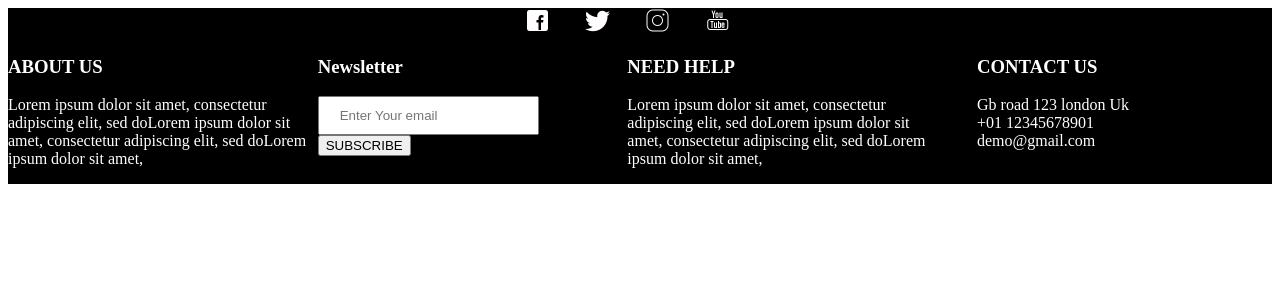
Repository: AVINKUMARP/gifts
Page: demo3.html
These files come from the project's save history. The page is drawn as it stood at one moment and after the next save; the edit follows.
The browser window is 1280 px wide. The pictures show the whole page.

Above is the page before, as saved 2023-08-24 15:34:40.

After the next save:
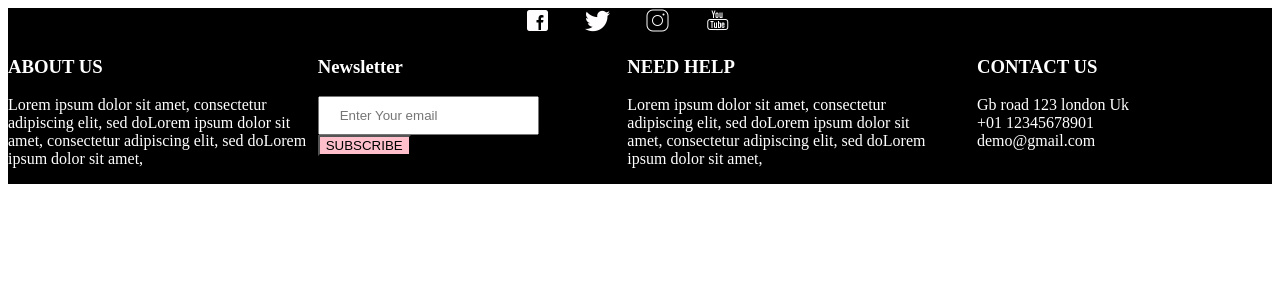
Saved 50 s later.
--- a/demo3.html
+++ b/demo3.html
@@ -33,6 +33,9 @@
         }
         .ltwo input{
             padding: 10px 20px;
+        }
+        .ltwo button{
+            background-color:pink;
         }
     </style>
 </head>
